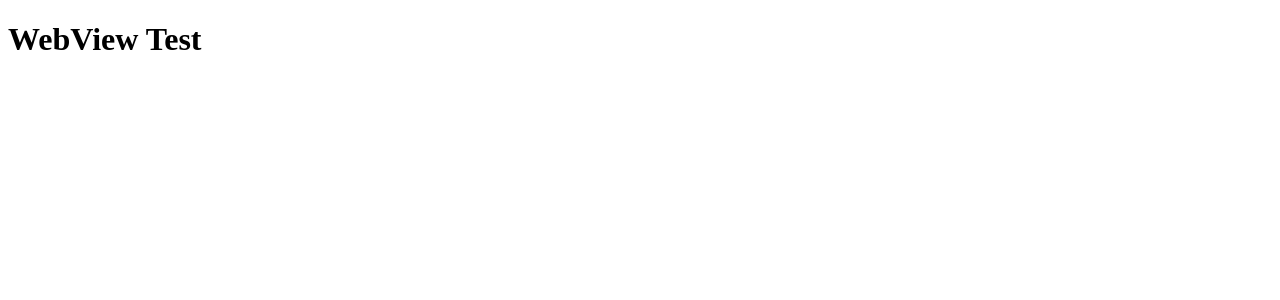
Repository: nicesick/TIL_In_Academy
Page: Android_Archive/WebView/web/index.html
An editor plug-in stored every save of this project. The page is shown before and after the next save, followed by the edit.
The browser window is 1280 px wide. The pictures show the whole page.

Above is the page before, as saved 2019-09-03 00:38:16.

After the next save:
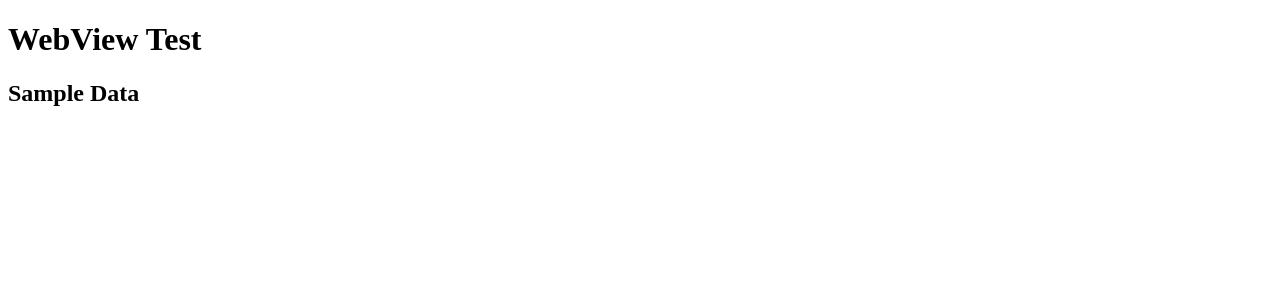
Saved 65 s later.
--- a/Android_Archive/WebView/web/index.html
+++ b/Android_Archive/WebView/web/index.html
@@ -3,8 +3,13 @@
 <head>
 <meta charset="UTF-8">
 <title>Insert title here</title>
+
+<script>
+
+</script>
 </head>
 <body>
 	<h1>WebView Test</h1>
+	<h2 id="id02">Sample Data</h2>
 </body>
 </html>
